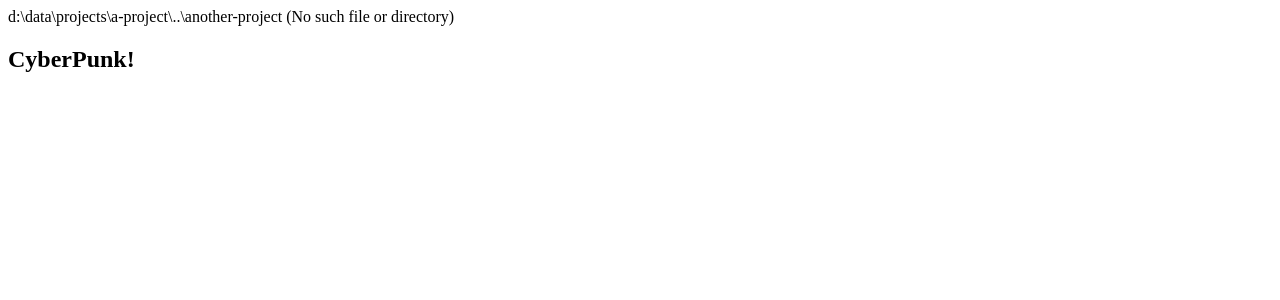
Repository: jaiswalshivam124/first-repo
Page: http://localhost/ideMaven4/
The author's editor kept a copy of each file at every save. The page is drawn from the files as they stood at one save, then again after the next save.
The browser window is 1280 px wide. The pictures show the whole page.
The page is served by Tomcat 9.

Above is the page before, as saved 2020-08-22 18:58:25.

### Logic Building/ideMaven4/src/main/webapp/index.jsp
<%@page import="java.io.FileInputStream"%>
<%@page import="java.util.Properties"%>
<%@page import="java.io.File"%>
<html>
<body>
<%
try
{
	String path = "d:\\data\\projects\\a-project\\..\\another-project";

    FileInputStream fis = new FileInputStream(path);
    Properties p = new Properties();
    p.load(fis);
    String LogFileName = p.getProperty("msg");
    out.println(LogFileName);
}
catch (Exception e)
{ //Catch exception if any
    out.println(e.getMessage());
}
%>
</br>
<%
try
{
   // FileInputStream fis = new FileInputStream("../myapp.properties");
    //Properties q = new Properties();
    //q.load(fis);
    //String LogFileName1 = q.getProperty("msg");
    //out.println(LogFileName1);
}
catch (Exception e)
{// Catch exception if any
   // out.println(e.getMessage());
}
%>

<h2>CyberPunk!</h2>
</body>
</html>

After the next save:
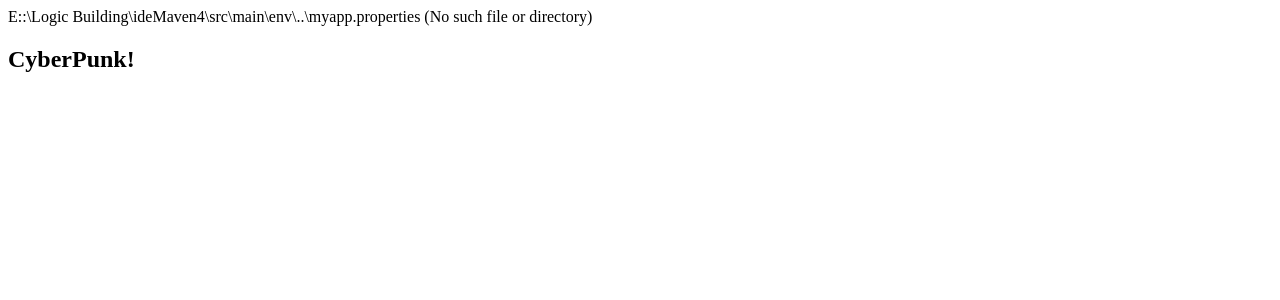
Saved 78 s later.
--- a/Logic Building/ideMaven4/src/main/webapp/index.jsp
+++ b/Logic Building/ideMaven4/src/main/webapp/index.jsp
@@ -6,7 +6,7 @@
 <%
 try
 {
-	String path = "d:\\data\\projects\\a-project\\..\\another-project";
+	String path = "E::\\Logic Building\\ideMaven4\\src\\main\\env\\..\\myapp.properties";
 
     FileInputStream fis = new FileInputStream(path);
     Properties p = new Properties();
